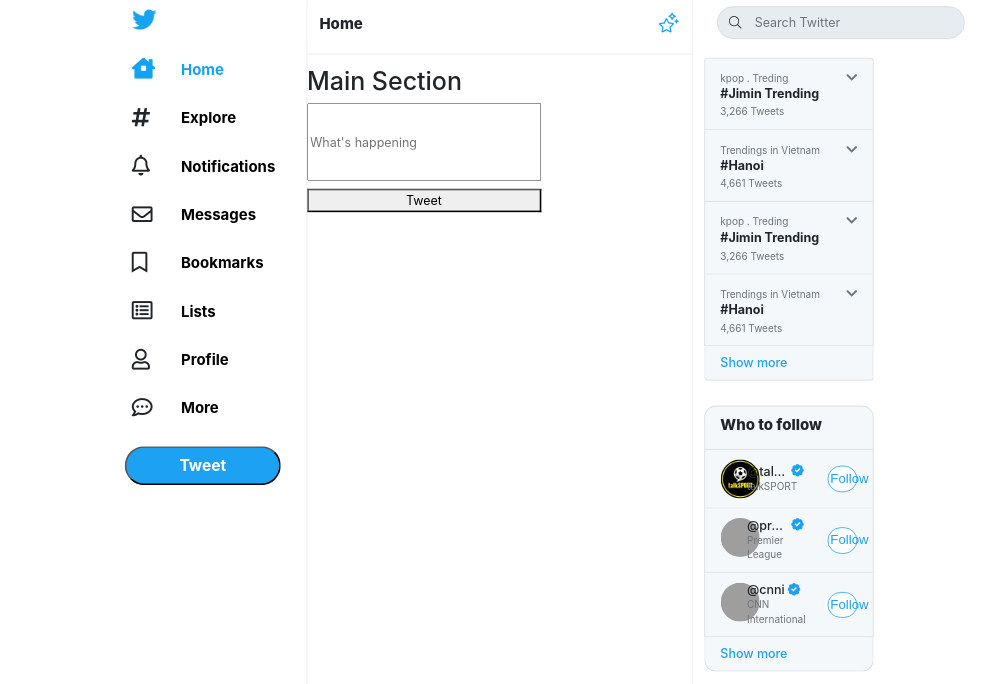
Repository: tts2610/Twitter-clone
Page: index.html
These files come from the project's save history. The page is drawn as it stood at one moment and after the next save; the edit follows.
The browser window is 1280 px wide. The pictures show the whole page, at 78% of full size.
Pictures or frames that could not be fetched are drawn as grey boxes.

Above is the page before, as saved 2020-05-23 15:12:55.

After the next save:
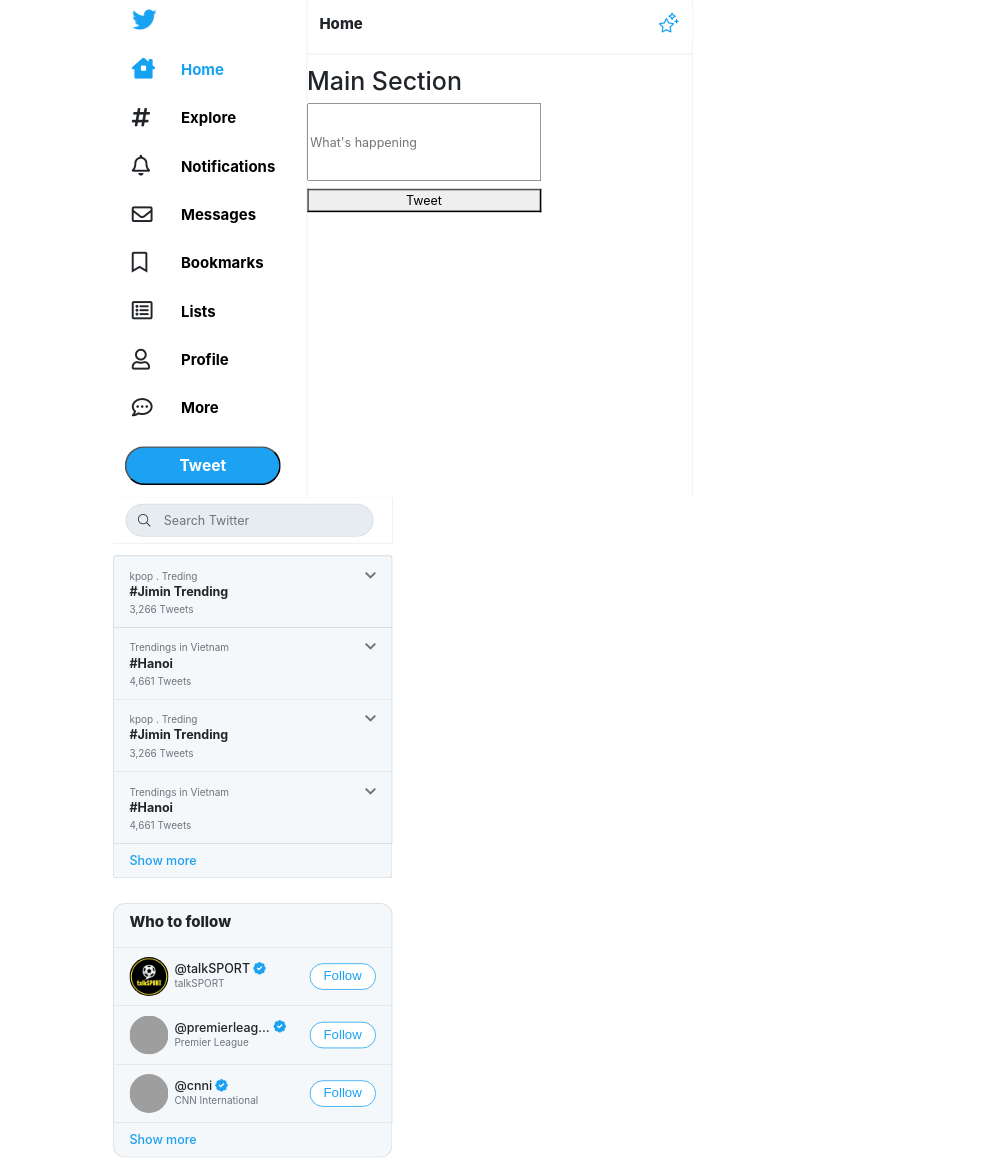
Saved 13 s later.
--- a/index.html
+++ b/index.html
@@ -106,7 +106,7 @@
                 </div>
             </div>
 
-            <div class="col-3">
+            <div class="col-3-lg">
                 <nav class="navbar sticky-top navbar-light" id="rightNav">
                     <span style="position: absolute;z-index: 100;"><i class="fal fa-search ml-3"></i></span>
                     <div><input class="form-control mr-sm-2 pl-5" type="search" placeholder="Search Twitter" aria-label="Search" id="search"></div>
